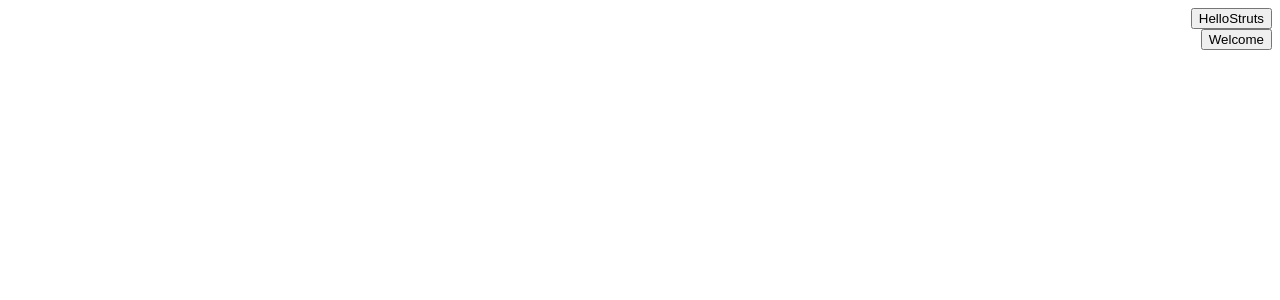
Repository: watasyaada/test
Page: http://localhost/WebProj/
An editor plug-in stored every save of this project. The page is shown before and after the next save, followed by the edit.
The browser window is 1280 px wide. The pictures show the whole page.
The page is served by Tomcat 9.

Above is the page before, as saved 2018-06-11 07:42:25.

After the next save:
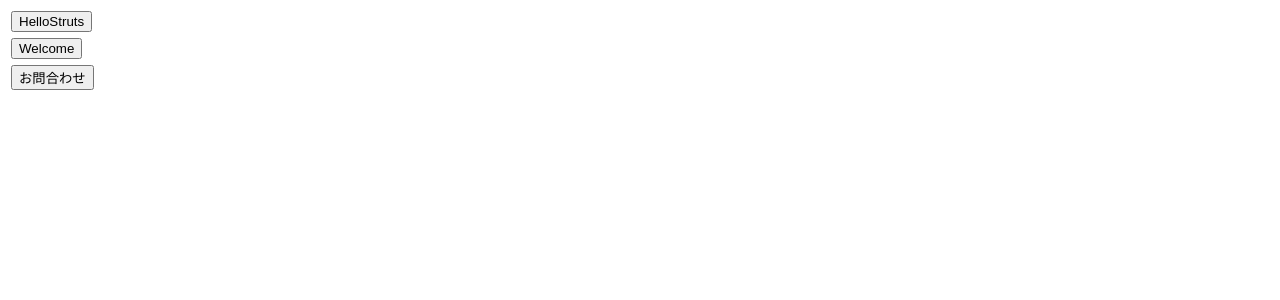
Saved 5 min 7 s later.
--- a/WebProj/WebContent/index.jsp
+++ b/WebProj/WebContent/index.jsp
@@ -7,13 +7,17 @@
 <title>INDEX</title>
 </head>
 <body>
-   <form action="HelloStrutsAction">
+   <s:form action="HelloStrutsAction">
        <s:submit value="HelloStruts"/>
-       </form>
+       </s:form>
 
-       <form action="WelcomeAction">
+       <s:form action="WelcomeAction">
             <s:submit value="Welcome"/>
-       </form>
+       </s:form>
+
+       <s:form action="InquiryAction">
+            <s:submit value="お問合わせ"/>
+       </s:form>
 
 </body>
 </html>
